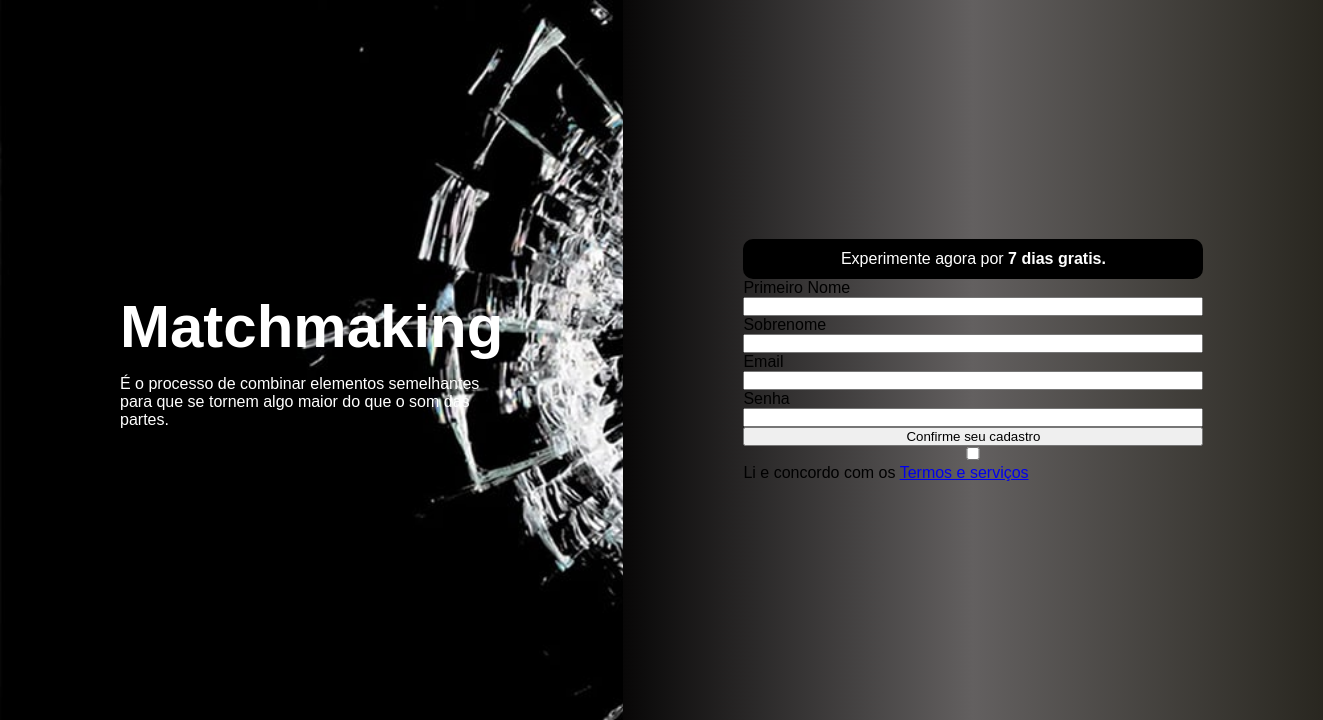
Repository: analessp/tela-login
Page: index.html
These files come from the project's save history. The page is drawn as it stood at one moment and after the next save; the edit follows.
The browser window is 1280 px wide. The page is 1323 px wide, so the pictures cover 1323 px, including what lies to the right of the window. The pictures show the whole page.
Some web fonts or font styles are not loaded; a fallback is used.

Above is the page before, as saved 2025-04-16 09:43:46.

After the next save:
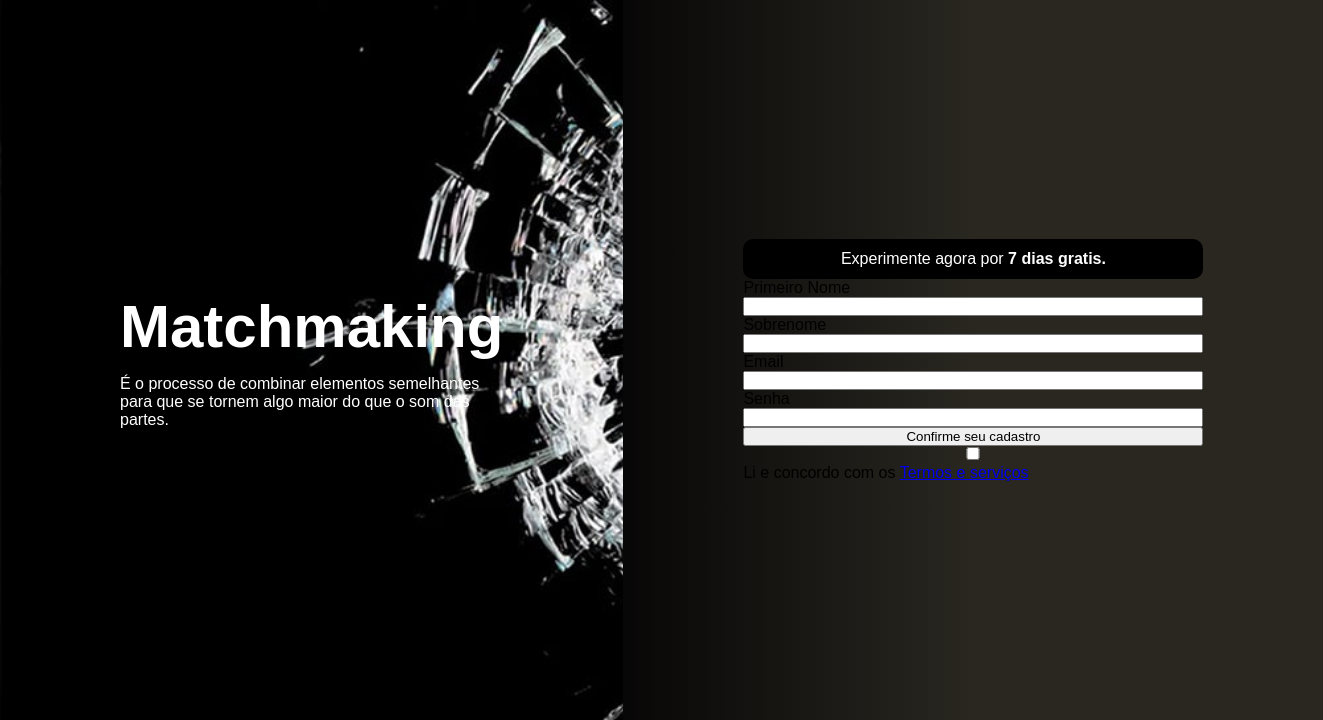
Saved 33 s later.
--- a/style.css
+++ b/style.css
@@ -57,7 +57,7 @@ main {
 
 .container-right {
     background: #080707;
-    background: linear-gradient(90deg, rgba(8, 7, 7, 1) 0%, rgba(99, 96, 96, 1) 50%, rgba(41, 39, 32, 1) 100%);
+    background: linear-gradient(90deg, rgba(8, 7, 7, 1) 0%, rgba(41, 39, 32, 1) 50%, rgba(41, 39, 32, 1) 100%);
     display: flex;
     flex-direction: column;
     justify-content: center;
